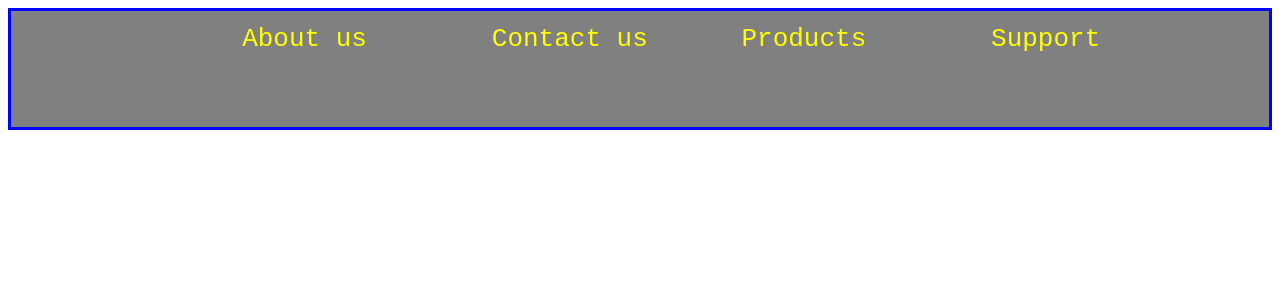
Repository: SrikanthGadde/MaGE-JavaFS
Page: Week-1/Sept1/HTML&CSS/WebContent/Test.html
These files come from the project's save history. The page is drawn as it stood at one moment and after the next save; the edit follows.
The browser window is 1280 px wide. The pictures show the whole page.

Above is the page before, as saved 2020-09-01 07:33:31.

### Week-1/Sept1/HTML&CSS/WebContent/Test.html
<!DOCTYPE html>
<html>
<head>
<!-- <meta charset="ISO-8859-1"> -->
<title>Insert title here</title>
 <!-- Property: Value-->
<style>
	a:hover {
  /*background-color: yellow;*/
  color: blue
}
	a{
		/*background-color: orange;*/
		color: yellow;
		font-size: xx-large;
		text-align:center
	}
	div{
	border:solid 3px blue;
	background-color: gray;
	text-align: center;
	align-items: center;
	}
</style>
</head>
<body>
<div>
	<pre>
	<a>About us</a>		<a>Contact us</a>		<a>Products</a>		<a>Support</a>



	</pre>
</div>
</body>
</html>

After the next save:
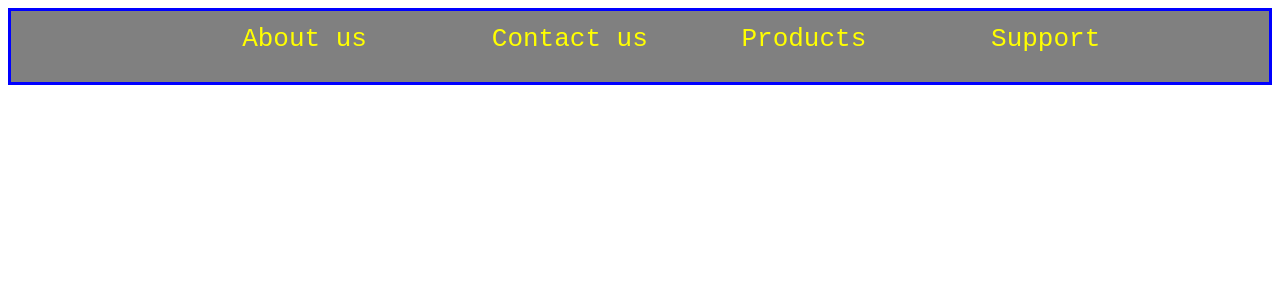
Saved 11 s later.
--- a/Week-1/Sept1/HTML&CSS/WebContent/Test.html
+++ b/Week-1/Sept1/HTML&CSS/WebContent/Test.html
@@ -27,9 +27,6 @@
 <div>
 	<pre>
 	<a>About us</a>		<a>Contact us</a>		<a>Products</a>		<a>Support</a>
-
-
-
 	</pre>
 </div>
 </body>
